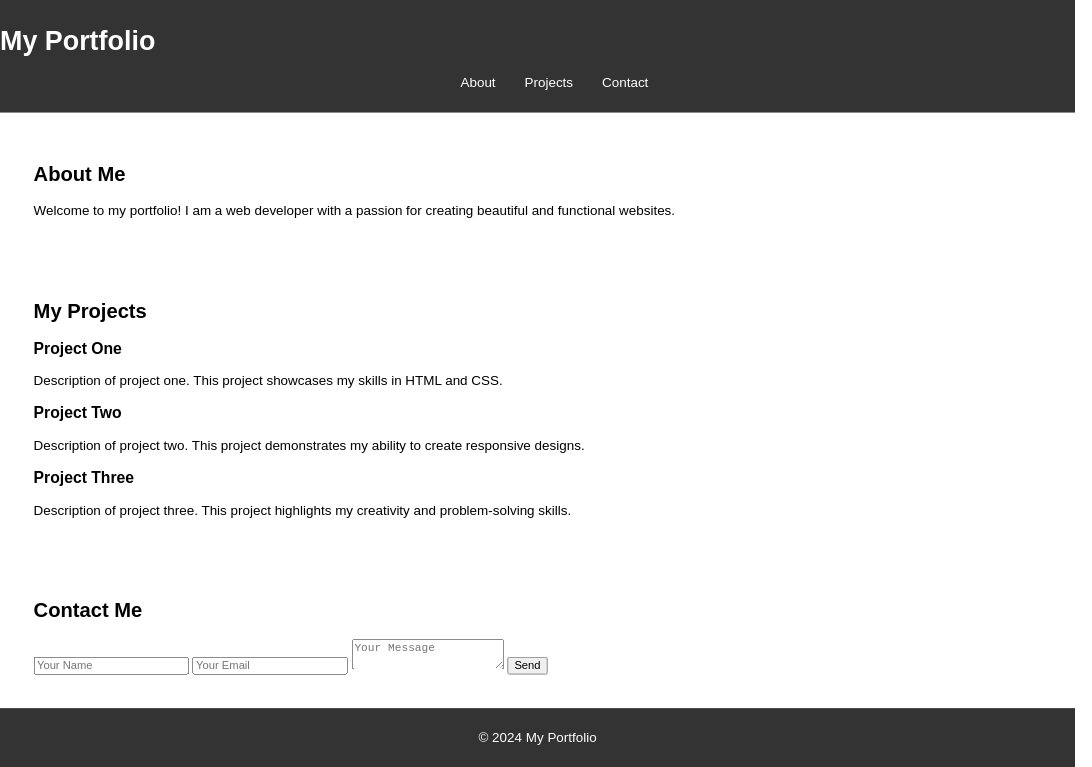
Repository: MaramMaryam/portfolio-test
Page: index.html
An editor plug-in stored every save of this project. The page is shown before and after the next save, followed by the edit.
The browser window is 1280 px wide. The page is 1280 px wide, then 1300 px, so the pictures cover 1300 px, including what lies to the right of the window. The pictures show the whole page, at 84% of full size.

Above is the page before, as saved 2024-09-11 13:27:40.

After the next save:
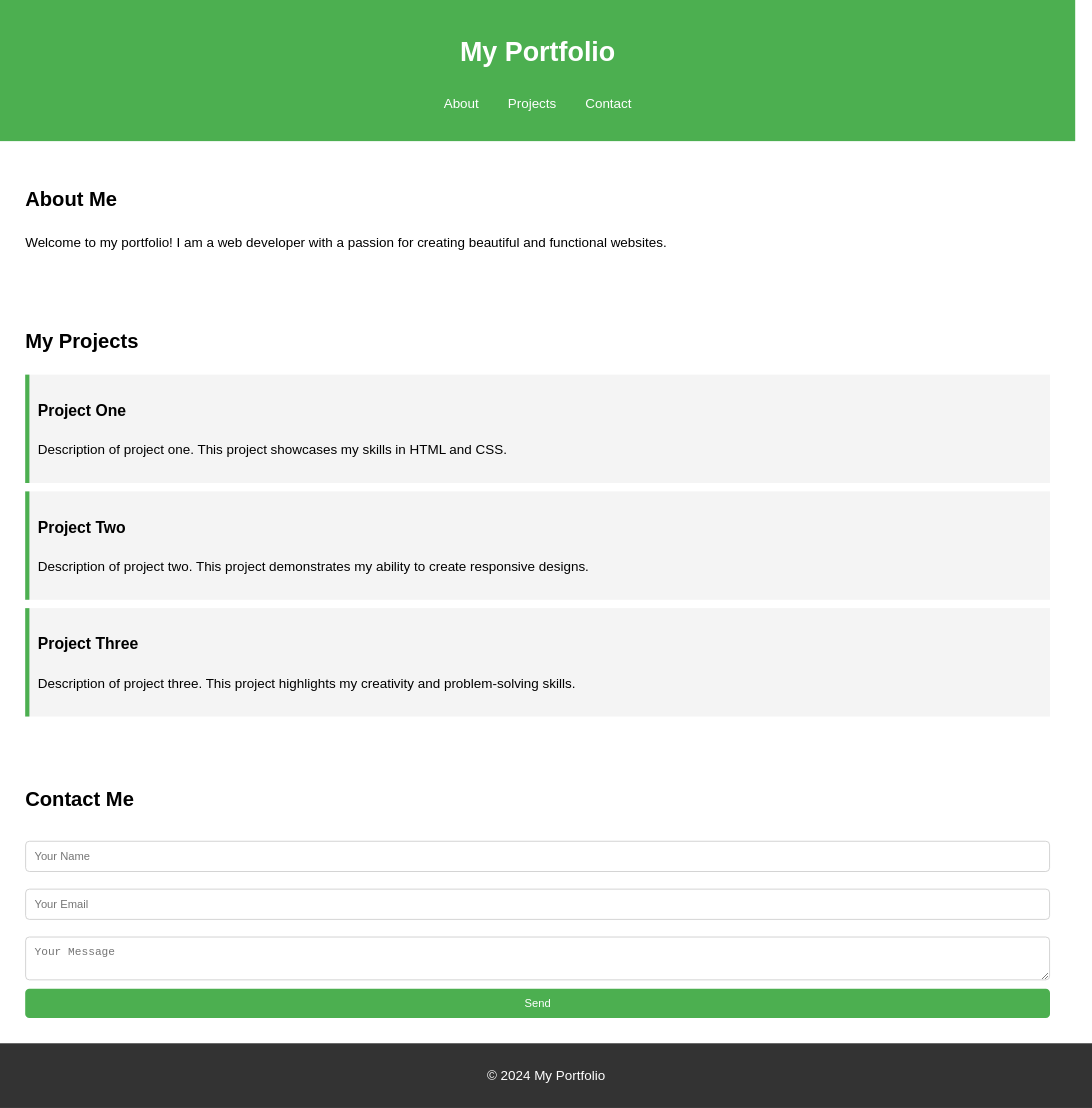
Saved 10 s later.
--- a/styles.css
+++ b/styles.css
@@ -2,17 +2,19 @@ body {
     font-family: Arial, sans-serif;
     margin: 0;
     padding: 0;
+    line-height: 1.6;
 }
 
 header {
-    background: #333;
-    color: #fff;
-    padding: 10px 0;
+    background: #4CAF50;
+    color: white;
+    padding: 1rem;
+    text-align: center;
 }
 
 nav ul {
     list-style-type: none;
-    text-align: center;
+    padding: 0;
 }
 
 nav ul li {
@@ -21,18 +23,53 @@ nav ul li {
 }
 
 nav ul li a {
-    color: #fff;
+    color: white;
     text-decoration: none;
 }
 
 section {
     padding: 20px;
-    margin: 20px;
+    margin: 10px;
+}
+
+.project {
+    background: #f4f4f4;
+    padding: 10px;
+    margin: 10px 0;
+    border-left: 5px solid #4CAF50;
+}
+
+form {
+    display: flex;
+    flex-direction: column;
+}
+
+form input, form textarea {
+    margin: 10px 0;
+    padding: 10px;
+    border: 1px solid #ccc;
+    border-radius: 5px;
+}
+
+form button {
+    padding: 10px;
+    background: #4CAF50;
+    color: white;
+    border: none;
+    border-radius: 5px;
+    cursor: pointer;
+}
+
+form button:hover {
+    background: #45a049;
 }
 
 footer {
     text-align: center;
-    padding: 10px 0;
+    padding: 10px;
     background: #333;
-    color: #fff;
+    color: white;
+    position: relative;
+    bottom: 0;
+    width: 100%;
 }
